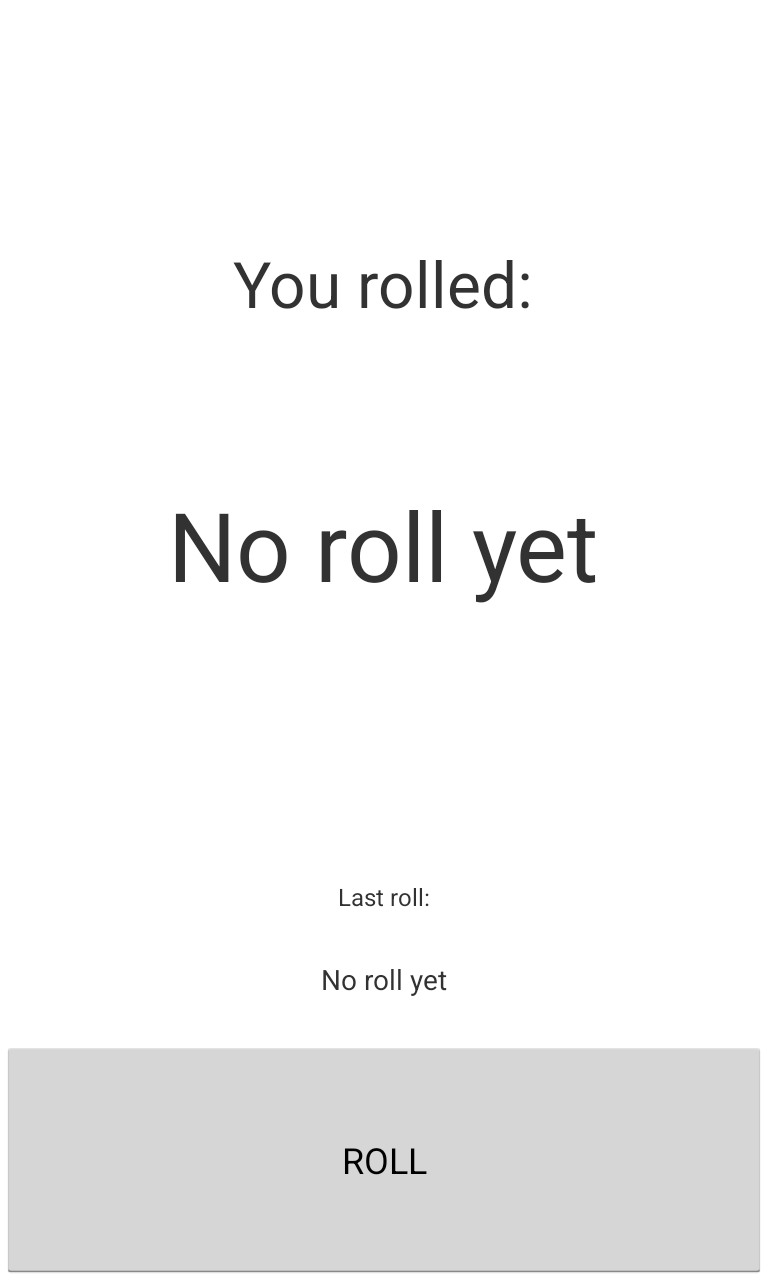
Repository: Bjodol/Roller
Layout: Roller/res/layout/dice_thrower.xml
These files come from the project's save history. The layout is drawn as it stood at one moment and after the next save; the edit follows.
It is drawn on a 768 x 1280 px phone screen (xhdpi) without system bars, with theme AppTheme; the app's code is not run. The app's manifest (not shown) leaves right-to-left support off. So textAlignment, textDirection and layoutDirection are ignored, and left and right values win over start and end ones.

Above is the layout before, as saved 2013-08-29 10:34:23.

After the next save:
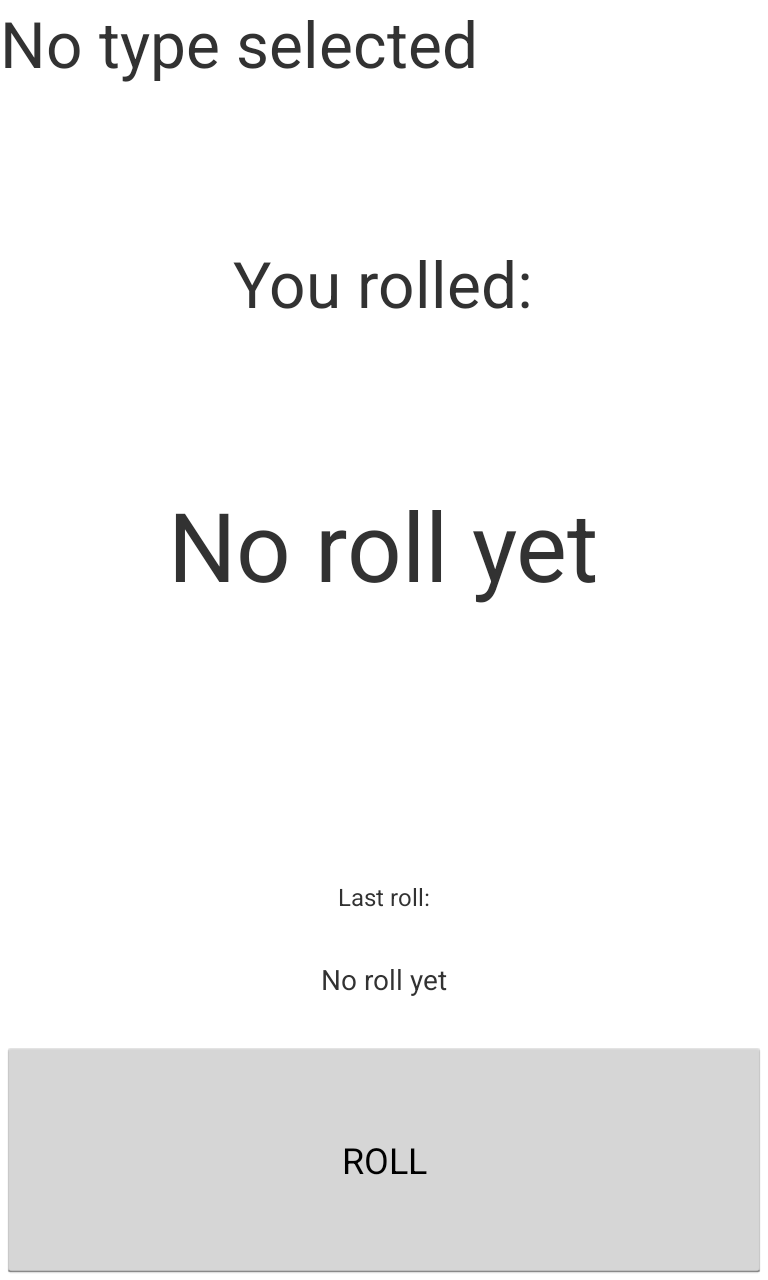
Saved 62 s later.
--- a/Roller/res/layout/dice_thrower.xml
+++ b/Roller/res/layout/dice_thrower.xml
@@ -9,8 +9,9 @@
         android:layout_width="wrap_content"
         android:layout_height="0dp"
         android:layout_weight="3"
-
-
+        android:text="@string/noDiceType"
+        android:textAlignment="center"
+        android:textSize="32sp"
         />
 
     <TextView
